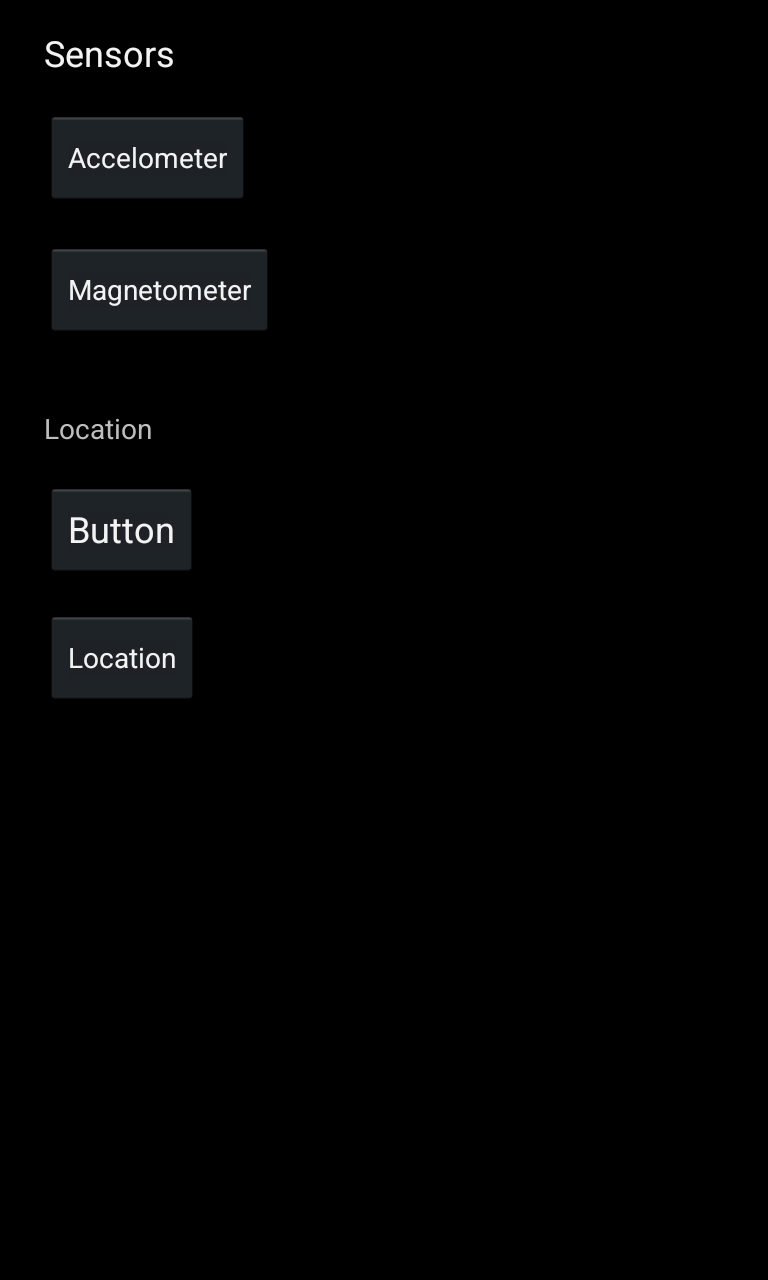
Repository: Amir13/Android_Basic_Steps
Layout: ViewElements5/res/layout/fragment_thrid.xml
The author's editor kept a copy of each file at every save. The layout is drawn from the files as they stood at one save, then again after the next save.
It is drawn on a 768 x 1280 px phone screen (xhdpi) without system bars, with theme android:Theme.Holo; the app's code is not run.

Above is the layout before, as saved 2014-06-17 02:28:01.

### ViewElements5/res/layout/fragment_thrid.xml
<?xml version="1.0" encoding="utf-8"?>
<RelativeLayout xmlns:android="http://schemas.android.com/apk/res/android"
    android:layout_width="match_parent"
    android:layout_height="match_parent"
    android:orientation="vertical" >

    <Button
        android:id="@+id/btnMagnetometer"
        style="?android:attr/buttonStyleSmall"
        android:layout_width="wrap_content"
        android:layout_height="wrap_content"
        android:layout_alignLeft="@+id/btnSensorAcc"
        android:layout_below="@+id/btnSensorAcc"
        android:layout_marginTop="18dp"
        android:text="Magnetometer" />

    <Button
        android:id="@+id/btnSensorAcc"
        style="?android:attr/buttonStyleSmall"
        android:layout_width="wrap_content"
        android:layout_height="wrap_content"
        android:layout_alignParentLeft="true"
        android:layout_below="@+id/textView1"
        android:layout_marginLeft="22dp"
        android:layout_marginTop="16dp"
        android:text="Accelometer" />

    <TextView
        android:id="@+id/textView1"
        android:layout_width="wrap_content"
        android:layout_height="wrap_content"
        android:layout_alignLeft="@+id/btnSensorAcc"
        android:layout_alignParentTop="true"
        android:layout_marginTop="14dp"
        android:text="Sensors"
        android:textAppearance="?android:attr/textAppearanceMedium" />

    <TextView
        android:id="@+id/textView2"
        android:layout_width="wrap_content"
        android:layout_height="wrap_content"
        android:layout_alignLeft="@+id/btnMagnetometer"
        android:layout_below="@+id/btnMagnetometer"
        android:layout_marginTop="36dp"
        android:text="Location" />

    <Button
        android:id="@+id/button2"
        android:layout_width="wrap_content"
        android:layout_height="wrap_content"
        android:layout_alignLeft="@+id/textView2"
        android:layout_below="@+id/textView2"
        android:layout_marginTop="17dp"
        android:text="Button" />

    <Button
        android:id="@+id/btnLocation"
        android:layout_width="wrap_content"
        android:layout_height="wrap_content"
        style="?android:attr/buttonStyleSmall"
        android:layout_alignLeft="@+id/button2"
        android:layout_below="@+id/button2"
        android:layout_marginTop="16dp"
        android:text="Location" />

</RelativeLayout>

After the next save:
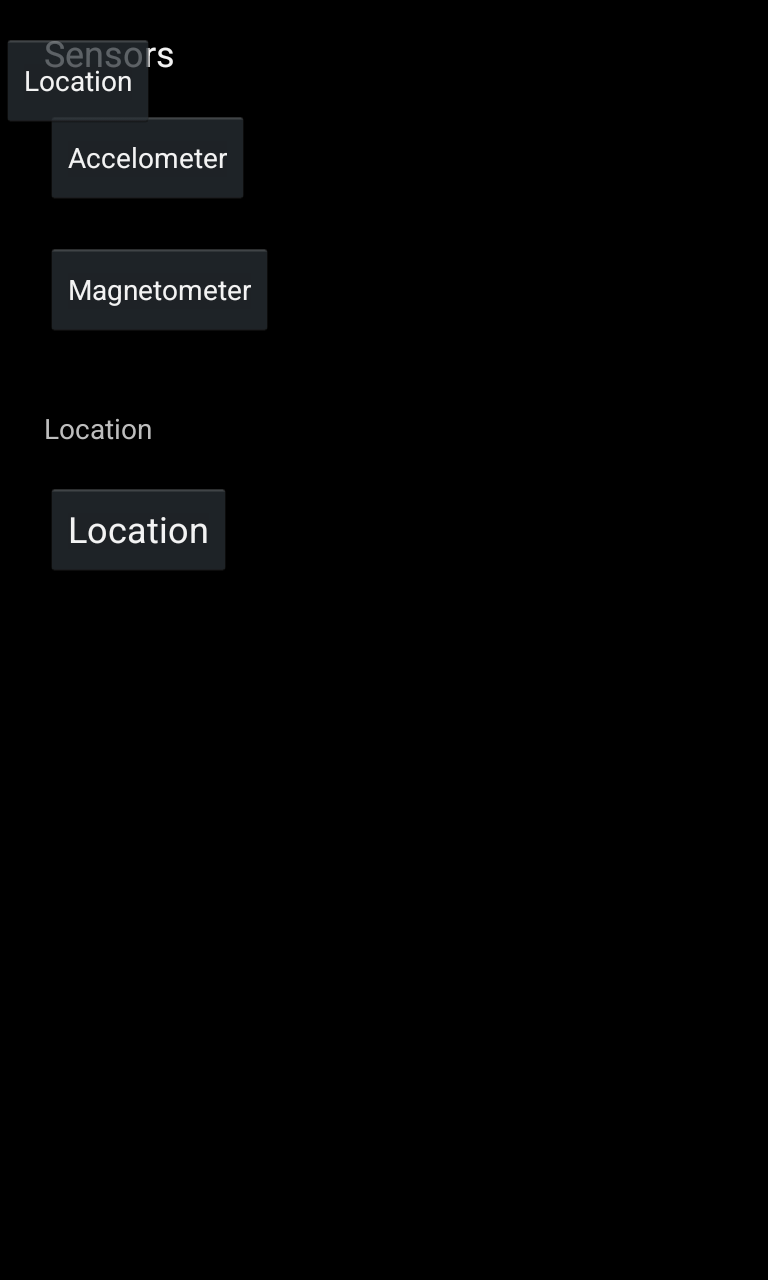
Saved 13 s later.
--- a/ViewElements5/res/layout/fragment_thrid.xml
+++ b/ViewElements5/res/layout/fragment_thrid.xml
@@ -45,16 +45,16 @@
         android:text="Location" />
 
     <Button
-        android:id="@+id/button2"
+        android:id="@+id/btnLocation"
         android:layout_width="wrap_content"
         android:layout_height="wrap_content"
         android:layout_alignLeft="@+id/textView2"
         android:layout_below="@+id/textView2"
         android:layout_marginTop="17dp"
-        android:text="Button" />
+        android:text="Location" />
 
     <Button
-        android:id="@+id/btnLocation"
+        android:id="@+id/btnLocation2"
         android:layout_width="wrap_content"
         android:layout_height="wrap_content"
         style="?android:attr/buttonStyleSmall"
